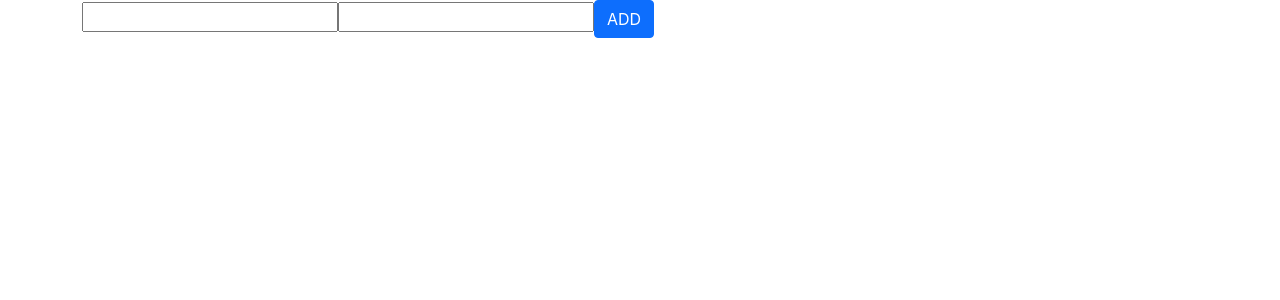
Repository: tsydikov/phone_book
Page: /
These files come from the project's save history. The page is drawn as it stood at one moment and after the next save; the edit follows.
The browser window is 1280 px wide. The pictures show the whole page.
The project was rebuilt for these pictures with package versions that can differ from the ones it lists, and the page was loaded fresh each time. Also part of the build but not shown: src/App.css.

Above is the page before, as saved 2021-10-07 19:00:03.

After the next save:
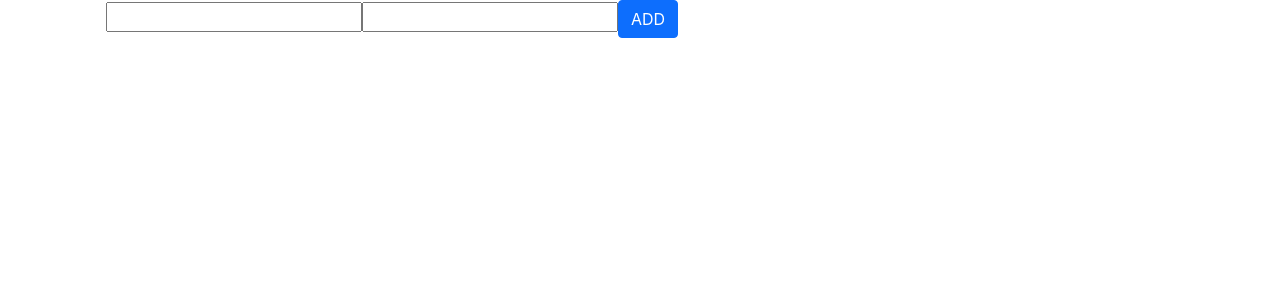
Saved 25 s later.
--- a/src/App.js
+++ b/src/App.js
@@ -2,6 +2,7 @@ import React from "react";
 import { Button, Col, Container, Row } from "react-bootstrap";
 import { useDispatch, useSelector } from "react-redux";
 import "./App.css";
+import Form from "./components/Form";
 
 function App() {
   const disatch = useDispatch();
@@ -11,9 +12,7 @@ function App() {
     <Container>
       <Row>
         <Col>
-          <input />
-          <input />
-          <Button>ADD</Button>
+          <Form />
         </Col>
       </Row>
     </Container>
